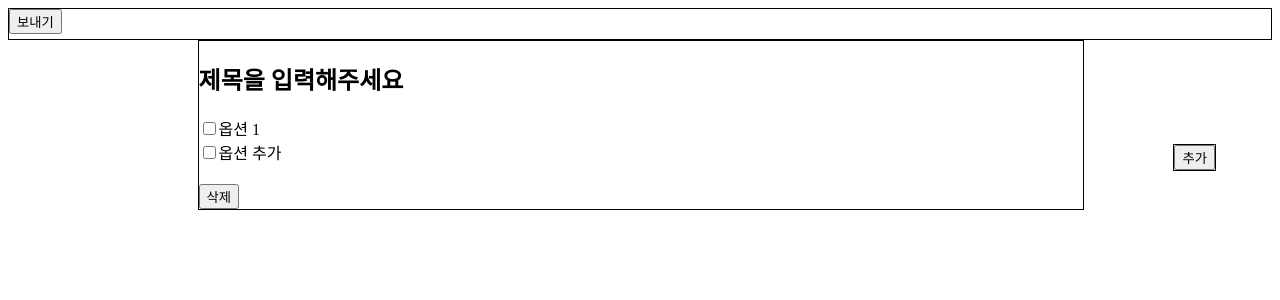
Repository: binigy97/VoteStie
Page: voteWeb/src/main/resources/static/index.html
The author's editor kept a copy of each file at every save. The page is drawn from the files as they stood at one save, then again after the next save.
The browser window is 1280 px wide. The pictures show the whole page.

Above is the page before, as saved 2022-02-23 22:23:03.

After the next save:
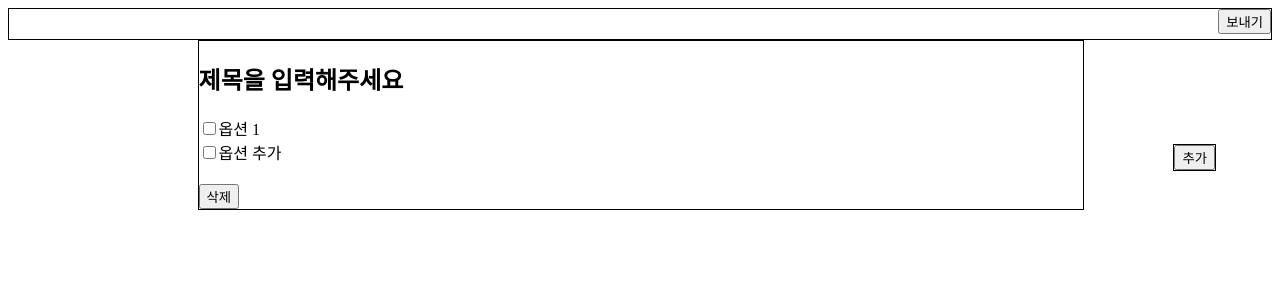
Saved 20 s later.
--- a/voteWeb/src/main/resources/static/index.html
+++ b/voteWeb/src/main/resources/static/index.html
@@ -9,7 +9,7 @@ header {
 	height: 30px;
 	border: 1px solid black;
 }
-header > button {
+header > a {
 	float: right;
 }
 
